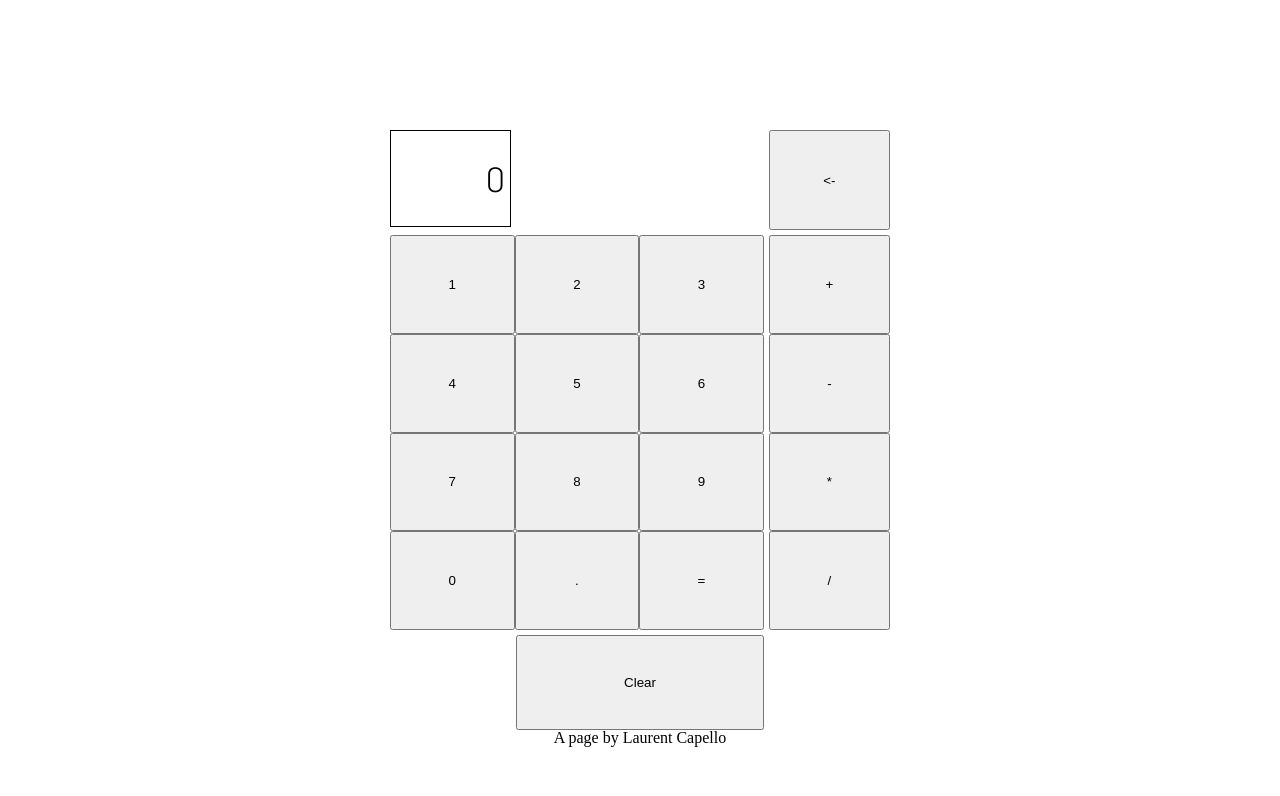
Repository: sokafootball/js-calculator
Page: index.html
These files come from the project's save history. The page is drawn as it stood at one moment and after the next save; the edit follows.
The browser window is 1280 px wide. The pictures show the whole page.

Above is the page before, as saved 2020-05-03 10:04:42.

### index.html
<html>
<head>
  <link rel="stylesheet" type="text/css" href="reset.css">
  <link rel="stylesheet" type="text/css" href="style.css">
  <!--<link rel="stylesheet" type="text/css" href="wireframe.css">-->
  <link href="https://fonts.googleapis.com/css2?family=Barlow:wght@300&display=swap" rel="stylesheet">
</head>
<body>
<main id="main">
  <div id="calculator">
    <div id="display-div">
      <p id="display">0</p>
    </div>
    <button id="backspace" class="button"><-</button>
    <div id="numpad">
      <button class="button num-button">1</button>
      <button class="button num-button">2</button>
      <button class="button num-button">3</button>
      <button class="button num-button">4</button>
      <button class="button num-button">5</button>
      <button class="button num-button">6</button>
      <button class="button num-button">7</button>
      <button class="button num-button">8</button>
      <button class="button num-button">9</button>
      <button class="button num-button">0</button>
      <button class="button">.</button>
      <button id="equal-button" class="button">=</button>
    </div>
    <div id="operators">
      <button class="button operation-button">+</button>
      <button class="button operation-button">-</button>
      <button class="button operation-button">*</button>
      <button class="button operation-button">/</button>
    </div>
    <button id="clear-button" class="button">Clear</button>
  </div>
</main>
<footer id="footer">
  <p>A page by <span id="signature">Laurent Capello</span></p>
</footer>
<script type="text/javascript" src="script.js"></script>
</body>
</html>

### style.css
body{
  align-items: center;
  display: flex;
  flex-direction: column;
  justify-content: space-between;
}

#backspace{
  grid-area: backspace;
}

#calc-top{
  margin-bottom: 40px;
}

#clear-button{
  grid-area: clear;
}

#display{
  animation-name: display-full;
  animation-duration: 0.4s;
  border: 1px solid black;
  font-family: 'Barlow', sans-serif;
  font-size: 35px;
  grid-area: display;
  line-height: 95px;
  padding-right: 5px;
  text-align: right;
  vertical-align: middle;
}

#calculator{
  display: grid;
  gap: 5px 5px;
  grid-template-areas:
    "display display display backspace"
    "numpad numpad numpad operators"
    "numpad numpad numpad operators"
    "numpad numpad numpad operators"
    "numpad numpad numpad operators"
    ". clear clear .";
  grid-template-columns: repeat(4, 1fr);
  grid-template-rows: 100px repeat(5, 1fr); /*first row is fixed to stop the border animation from taking space from other rows*/
  height: 600px;
  margin-top: 130px;
  width: 500px;
}

#footer{
  margin-bottom: 50px;
}

#numpad{
  display: grid;
  grid-area: numpad;
  grid-template-columns: repeat(3, 1fr);
  grid-template-rows: repeat(4, 1fr);
}

#operators{
  display: flex;
  flex-direction: column;
  justify-content: space-evenly;
  grid-area: operators;
}

#operators button{
  flex-grow: 1;
}

@keyframes display-full{
  0% {border: 1px solid black;}
  50% {
    border: 2px solid red;
    box-shadow: 0px 0px 6px 1px red;
    /* line-height: 93px;
    padding-right: 4px; */
  }
  100% {border: 1px solid black;}
}

### script.js
/*
TO DO
-mettere feedback visivo per display troppo pieno
-gestire tasto cancella
*/
const MAX_DISPLAY_LENGTH = 15
const MAX_DECIMALS = 3
const EXPONENTIAL_NOTATION_DIGITS = MAX_DISPLAY_LENGTH - 4 //4 digits are reserved for the exponential notation and the dot
let display = document.querySelector(`#display`)
let overwriteIsOn = true
let operation = null, operand1 = null, operand2 = null
addFunctionsToBtns()

function pressDeleteBtn(){
	if(display.innerText.length == 0) return
	display.innerText = display.innerText.slice(0, -1);

}

function pressClearBtn(){
	clear()
}

function clear(){
	display.innerText = `0`
	operation = null
	operand1 = null
	operand2 = null
	overwriteIsOn = true
}

function pressEqualBtn(){
	if(operand1 != null && operand2 != null){
		displayResult()
		operation = null
		overwriteIsOn = true
		operand2 = null
	}else{
		operation = null
		overwriteIsOn = true
		operand2 = null
		display.innerText = operand1 == null ? `0` : operand1
	}
}

function displayResult(){
	operand1 = operate(operation, operand1, operand2)
	operand2 = null
	display.innerText = operand1
}

function pressNumBtn(num){
	displayNumber(Number(num))
	saveNumber()
}

function saveNumber(){
	if(operation == null)
		operand1 =  Number(display.innerText)
	else operand2 =  Number(display.innerText)
}

function pressOperationBtn(operationSign){
	if (operation == null){
		saveOperation(operationSign)
	}else{
		if(operand1 != null && operand2 != null){
			displayResult()
		}
		saveOperation(operationSign)
	}
}

function displayNumber(num){
  if(overwriteIsOn){
		display.innerText = num
		overwriteIsOn = false
	}else{
		if(display.innerText.length >= MAX_DISPLAY_LENGTH){
			console.log(`The display is full!`)
			return
		}
		display.innerText += num
	}
}

function operate(operation, a, b){
	let result = null
	switch (operation){
		case `+`:
			operation = add
			break
		case `-`:
			operation = subtract
			break;
		case `*`:
			operation = multiply
			break
		case `/`:
			operation = divide
			break;
		default:
			console.log(`invalid operation`)
			return
	}
	result = Number(operation(a,b))
	result = truncateDecimals(result)
	result = truncateIntegers(result)
  return result
}

function add (...nums) {
	return nums.reduce((total, num) => {
		return total + num
	}, 0)
}

function subtract (...nums) {
	return nums.reduce((total, num) => {
		return total - num
	})
}

function sum (arr) {
	return add(...arr)
}

function divide (...nums){
	if (nums[1] == 0){
		console.log(`you can't divide by 0!`)
		clear()
		return 0
	}
	return nums.reduce((total, num) => total / num
	)
}

function multiply (...nums) {
	return nums.reduce((total, num) => {
		return total * num
	})
}


function saveOperation(operationSign){
	operation = operationSign
	overwriteIsOn = true
}


function addFunctionsToBtns(){
	let numButtons = document.querySelectorAll(`.num-button`)
	numButtons = Array.from(numButtons)
	numButtons.forEach(button => {
		button.addEventListener(`click`, () => pressNumBtn(button.innerText))
	});

	let opButtons = document.querySelectorAll(`.operation-button`)
	opButtons = Array.from(opButtons)
	opButtons.forEach(button => {
		button.addEventListener(`click`, () => pressOperationBtn(button.innerText))
	});

	let equalButton = document.querySelector(`#equal-button`)
	equalButton.addEventListener(`click`, pressEqualBtn)

	let clearButton = document.querySelector(`#clear-button`)
	clearButton.addEventListener(`click`, pressClearBtn)
}

function truncateDecimals(num){
	if((num % 1).toString().length > MAX_DECIMALS) return Number(num).toFixed(MAX_DECIMALS)
	return num
}

function truncateIntegers(num){
	if(num.toString().length <= MAX_DISPLAY_LENGTH) return num
	return num.toExponential(EXPONENTIAL_NOTATION_DIGITS)
}

Loaded but not shown: reset.css (common file)

After the next save:
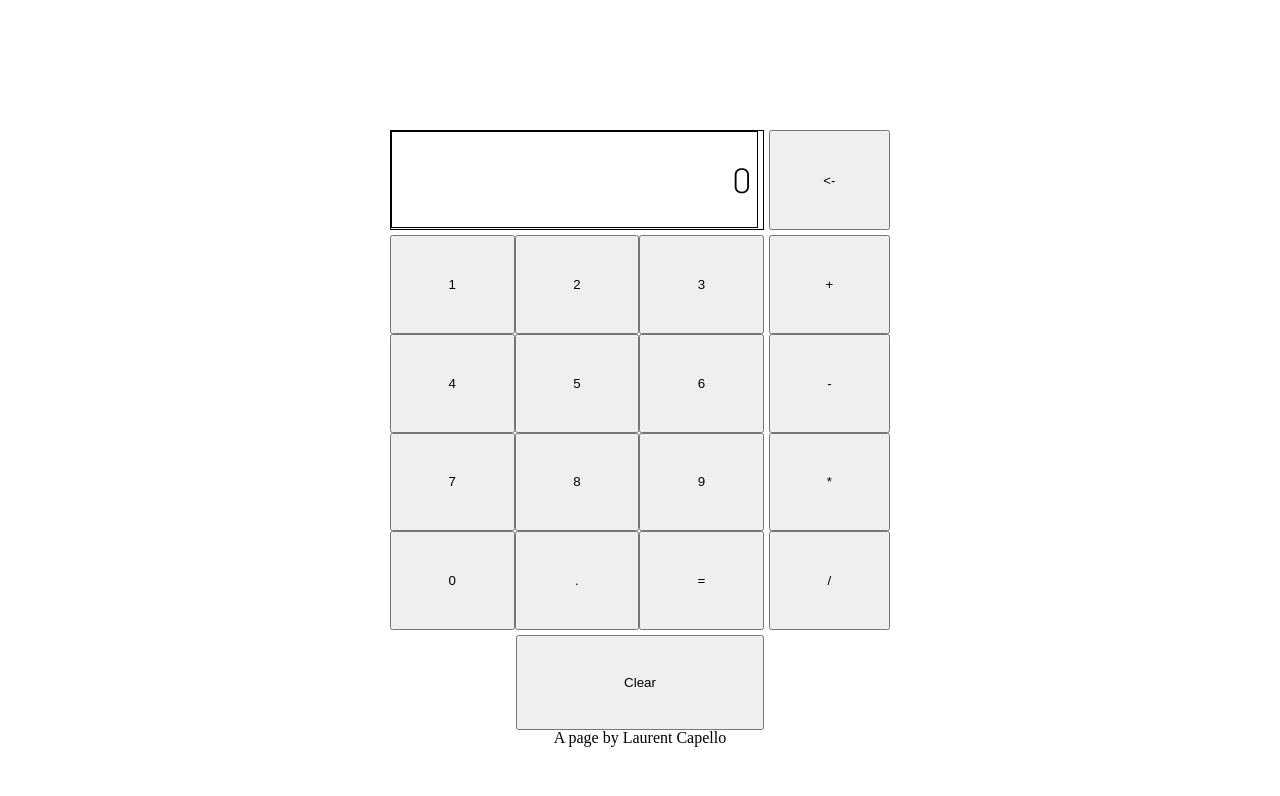
Saved 35 s later.
--- a/index.html
+++ b/index.html
@@ -8,7 +8,7 @@
 <body>
 <main id="main">
   <div id="calculator">
-    <div id="display-div">
+    <div id="display">
       <p id="display">0</p>
     </div>
     <button id="backspace" class="button"><-</button>
